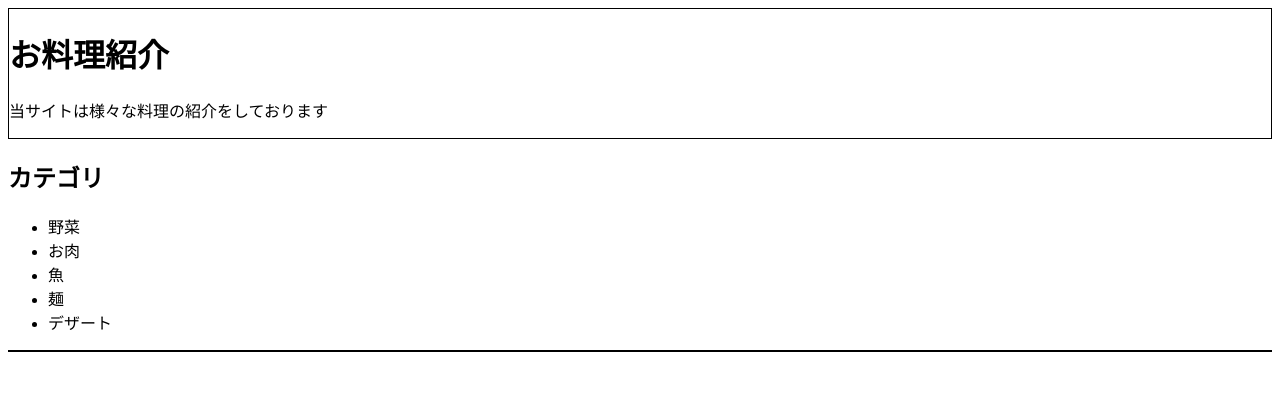
Repository: tomimaler/dc_work_tamachi_inagaki_html
Page: cooking/cooking.html
The author's editor kept a record of every edit. The page is drawn from the files as they stood at one moment, then again after the next edit.
The browser window is 1280 px wide. The pictures show the whole page.

Above is the page before.

### cooking/cooking.html
<!DOCTYPE html>
<html lang="ja">
<head>
   <meta charset="UTF-8">
   <title>float</title>
   <link rel="stylesheet" href="cooking.css">
</head>
<body>
   <header>
       <h1>お料理紹介</h1>
       <p>当サイトは様々な料理の紹介をしております</p>
   </header>
   <div class="navigation">
       <h2>カテゴリ</h2>
       <ul>
           <li>野菜</li>
           <li>お肉</li>
           <li>魚</li>
           <li>麺</li>
           <li>デザート</li>
       </ul>
   </div>
   <article></article>
</body>
</html>

### cooking/cooking.css
header, nav, article, aside, footer {
    border:solid 1px black;
}

img {
    width:300px;
}

.main-wrapper {
    display:flex;
}

nav {
    flex:1;
}

article {
    flex:3;
}

aside {
    flex:2;
}

After the next edit:
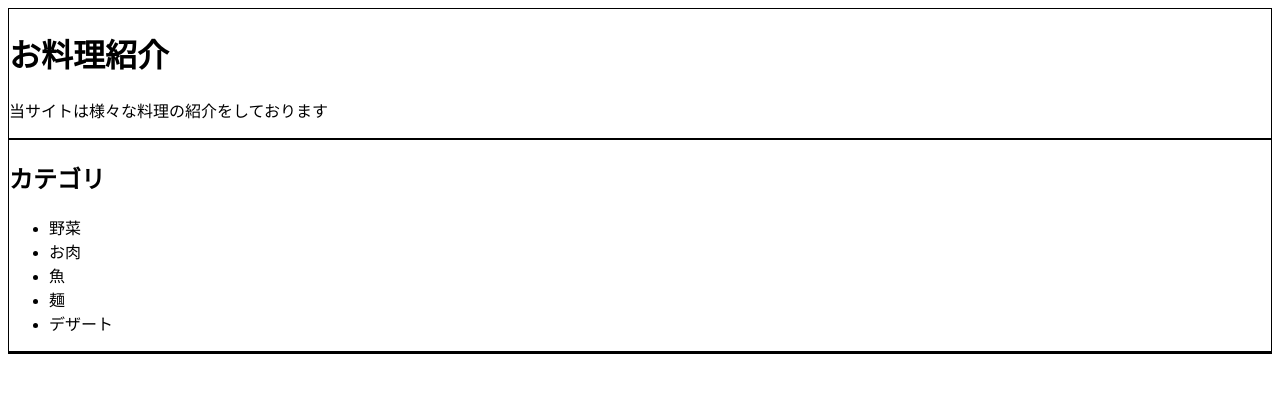
The edit:
--- a/cooking/cooking.html
+++ b/cooking/cooking.html
@@ -10,7 +10,7 @@
        <h1>お料理紹介</h1>
        <p>当サイトは様々な料理の紹介をしております</p>
    </header>
-   <div class="navigation">
+   <nav>
        <h2>カテゴリ</h2>
        <ul>
            <li>野菜</li>
